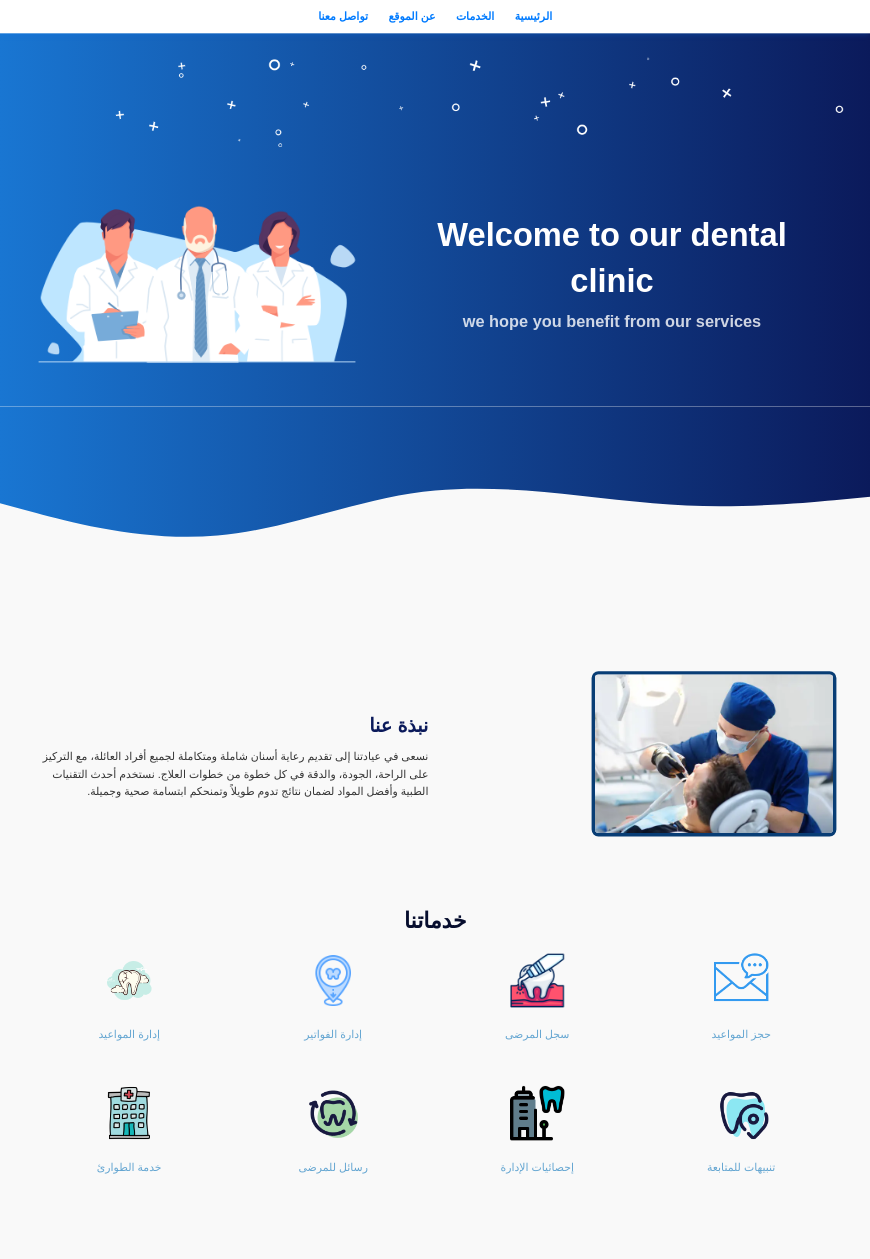
Repository: mysite4/s
Page: http://localhost/
These files come from the project's save history. The page is drawn as it stood at one moment and after the next save; the edit follows.
The browser window is 1280 px wide. The pictures show the whole page, at 68% of full size.
Some web fonts or font styles are not loaded; a fallback is used. The page is served by the project's application, run on Django 5.2 (manage.py). Other server files are loaded and not shown.

Above is the page before, as saved 2025-10-20 20:12:27.

### main/templates/home.html
{% load static %}
<!DOCTYPE html>
<html lang="ar" dir="rtl">
<head>
<meta charset="UTF-8">
<meta name="viewport" content="width=device-width, initial-scale=1.0">
<title>هيدر مثل Clindo</title>
<link href="https://fonts.googleapis.com/css2?family=Cairo:wght@200..1000&display=swap" rel="stylesheet">
<link rel="stylesheet" href="{% static 'css/style.css' %}">
</head>
<body>

<nav>
  <ul>
    <li><a href="#">الرئيسية</a></li>
    <li><a href="#">الخدمات</a></li>
    <li><a href="#">عن الموقع</a></li>
    <li><a href="#">تواصل معنا</a></li>
  </ul>
</nav>

<header>
  <div class="header-image">
    <img src="{% static 'image/44.png' %}" alt="صورة شفافة">
  </div>
  <div class="header-content">
    <div class="header-text">
      <h1>Welcome to our dental clinic</h1>
      <h3>we hope you benefit from our services</h3>
    </div>
    <div class="header-icon">
      <img src="{% static 'image/r.png.png' %}" alt="ريم">
    </div>
  </div>
</header>

<!-- موجة -->
<svg class="waves" xmlns="http://www.w3.org/2000/svg" viewBox="0 0 1440 320">
  <defs>
    <linearGradient id="waveGradient" x1="0%" y1="0%" x2="100%" y2="0%">
      <stop offset="0%" style="stop-color:#1976d2;stop-opacity:1" />
      <stop offset="100%" style="stop-color:#0b1a5b;stop-opacity:1"/>
    </linearGradient>
  </defs>
  <path fill="url(#waveGradient)" d="M0,160L60,176C120,192,240,224,360,213.3C480,203,600,149,720,138.7C840,128,960,149,1080,160C1200,171,1320,160,1380,154.7L1440,149L1440,0L0,0Z"></path>
</svg>

<main>
  <!-- قسم نبذة عنا -->
  <div class="about-section">
    <div class="about-image">
      <img src="{% static 'image/9.webp' %}" alt="صورة طبيب أسنان">
    </div>
    <div class="about-text">
      <h2>نبذة عنا</h2>
      <p>
        نسعى في عيادتنا إلى تقديم رعاية أسنان شاملة ومتكاملة لجميع أفراد العائلة، مع التركيز على الراحة، الجودة، والدقة في كل خطوة من خطوات العلاج.
        نستخدم أحدث التقنيات الطبية وأفضل المواد لضمان نتائج تدوم طويلاً وتمنحكم ابتسامة صحية وجميلة.
      </p>
    </div>
  </div>

  <!-- قسم خدماتنا -->
  <section class="services-section">
    <h2>خدماتنا</h2>
    <div class="services-container">
      <div class="service-item">
        <img src="{% static 'image/8.png' %}" alt="خدمة 1">
        <p>حجز المواعيد</p>
      </div>
      <div class="service-item">
        <img src="{% static 'image/7.png' %}" alt="خدمة 2">
        <p>سجل المرضى</p>
      </div>
      <div class="service-item">
        <img src="{% static 'image/2.png' %}" alt="خدمة 3">
        <p>إدارة الفواتير</p>
      </div>
      <div class="service-item">
        <img src="{% static 'image/4.png' %}" alt="خدمة 4">
        <p>إدارة المواعيد</p>
      </div>
      <div class="service-item">
        <img src="{% static 'image/6.png' %}" alt="خدمة 5">
        <p>تنبيهات للمتابعة</p>
      </div>
      <div class="service-item">
        <img src="{% static 'image/3.png' %}" alt="خدمة 6">
        <p>إحصائيات الإدارة</p>
      </div>
      <div class="service-item">
        <img src="{% static 'image/5.png' %}" alt="خدمة 7">
        <p>رسائل للمرضى</p>
      </div>
      <div class="service-item">
        <img src="{% static 'image/1.png' %}" alt="خدمة 8">
        <p>خدمة الطوارئ</p>
      </div>
    </div>
  </section>
</main>

</body>
</html>

### mysite/urls.py
"""
URL configuration for mysite project.

The `urlpatterns` list routes URLs to views. For more information please see:
    https://docs.djangoproject.com/en/5.2/topics/http/urls/
Examples:
Function views
    1. Add an import:  from my_app import views
    2. Add a URL to urlpatterns:  path('', views.home, name='home')
Class-based views
    1. Add an import:  from other_app.views import Home
    2. Add a URL to urlpatterns:  path('', Home.as_view(), name='home')
Including another URLconf
    1. Import the include() function: from django.urls import include, path
    2. Add a URL to urlpatterns:  path('blog/', include('blog.urls'))
"""
from django.contrib import admin
from django.urls import path, include

urlpatterns = [
    path('admin/', admin.site.urls),
    path('', include('main.urls')),
]

### main/static/css/style.css
/* إعدادات عامة */
html, body {
  margin: 0;
  padding: 0;
  width: 100%;
  font-family: 'Cairo', sans-serif;
  background-color: #f9f9f9;
}

/* Navbar */
nav {
  width: 100%;
  background-color: #ffffff;
  box-shadow: 0 4px 8px rgba(0, 123, 255, 0.2);
  position: fixed;
  top: 0;
  z-index: 1000;
}

nav ul {
  display: flex;
  justify-content: center;
  list-style: none;
  margin: 0;
  padding: 0 30px;
}

nav ul li {
  margin: 0 15px;
}

nav ul li a {
  text-decoration: none;
  color: #007bff;
  font-weight: 600;
  padding: 15px 0;
  display: inline-block;
  transition: color 0.3s, border-bottom 0.3s;
}

nav ul li a:hover {
  color: #0056b3;
  border-bottom: 3px solid #007bff;
}

/* صورة شفافة أسفل النافبار */
.header-image {
  width: 100%;
  margin-top: 60px; /* لتجنب تغطية النافبار */
}

.header-image img {
  width: 100%;
  height: auto;
  display: block;
}

/* Header */
header {
  position: relative;
  width: 100%;
  min-height: 200px; /* انخفاض طول الهيدر */
  overflow: hidden;
  background: linear-gradient(to left, #0b1a5b, #1976d2);
  display: flex;
  flex-direction: column;
  justify-content: center;
  align-items: center;
  padding: 20px 0 0 0;
}

/* محتوى الهيدر */
.header-content {
  display: flex;
  flex-direction: row;
  justify-content: space-between;
  align-items: center;
  width: 100%;
  max-width: 1200px;
  padding: 20px 50px;
  margin-top: 5px;
}

.header-text {
  color: white;
  max-width: 50%;
  text-align: center;
  line-height: 1.4;
  padding: 40px;
}

.header-text h1 {
  font-size: 48px;
  margin: 0;
}

.header-text h3 {
  font-size: 24px;
  margin-top: 10px;
  color: rgba(255,255,255,0.8);
}

.header-icon img {
  width: 500px;
  height: auto;
  border-radius: 15px;
}

/* قسم نبذة عنا */
.about-section {
  display: flex;
  flex-wrap: wrap;
  justify-content: space-between;
  align-items: center;
  max-width: 1200px;
  margin: 50px auto;
  gap: 20px;
}

.about-image, .about-text {
  flex: 1 1 45%;
}

.about-image img {
  width: 600px;
  max-width: 350px;
  height: auto;
  border-radius: 10px;
  border: 5px solid #083d75;
  margin: 0 auto;
}

.about-text {
  text-align: right;
}

.about-text h2 {
  font-size: 28px;
  margin-bottom: 15px;
  color: #0b1a5b;
}

.about-text p {
  font-size: 16px;
  line-height: 1.6;
  color: #333;
}

/* قسم خدماتنا */
.services-section {
  max-width: 1200px;
  margin: 100px auto 50px auto;
  text-align: center;
}

.services-section h2 {
  font-size: 32px;
  margin-bottom: 30px;
  color: #070e2e;
}

.services-container {
  display: flex;
  flex-wrap: wrap;
  justify-content: space-between;
  gap: 20px;
}

.service-item {
  flex: 1 1 22%; /* كل عمود يأخذ ربع المساحة تقريبا */
  text-align: center;
  margin-bottom: 30px;
}

.service-item img {
  width: 80px;
  height: 80px;
  margin-bottom: 10px;
}

.service-item p {
  font-size: 16px;
  color: #63a5d1;
}

/* محتوى الصفحة */
main {
  padding: 30px 50px;
  margin-top: 20px;
}

/* Media Queries */
@media (max-width: 992px) {
  .header-content {
    flex-direction: column;
    text-align: center;
    padding: 0 20px;
  }

  .header-text {
    max-width: 100%;
    margin-bottom: 20px;
    text-align: center;
  }

  .header-icon img {
    width: 80%;
  }

  nav ul {
    justify-content: center;
  }

  .service-item {
    flex: 1 1 45%; /* عمودين في الشاشات المتوسطة */
  }
}

@media (max-width: 600px) {
  .service-item {
    flex: 1 1 100%; /* عمود واحد في الشاشات الصغيرة */
  }

  .about-section {
    flex-direction: column;
    align-items: center;
  }

  .about-text {
    text-align: center;
  }

  .about-image img {
    max-width: 200px;
  }
}

Loaded but not shown: main/views.py (common file); main/urls.py (common file)

After the next save:
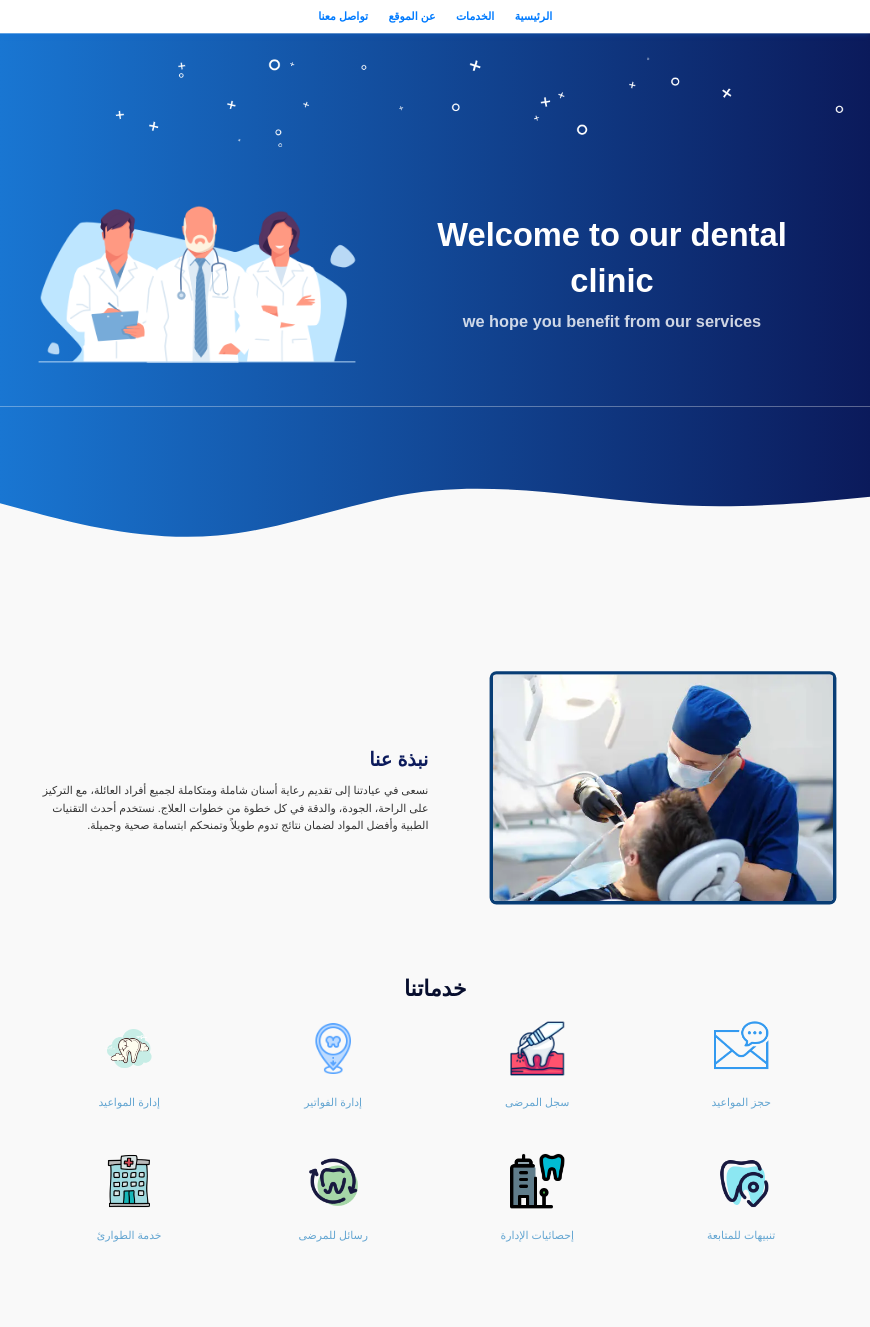
Saved 68 s later.
--- a/main/static/css/style.css
+++ b/main/static/css/style.css
@@ -122,13 +122,14 @@ header {
 }
 
 .about-image img {
-  width: 600px;
-  max-width: 350px;
+  width: 100%;
+  max-width: 500px; /* بدل 350px */
   height: auto;
   border-radius: 10px;
   border: 5px solid #083d75;
   margin: 0 auto;
 }
+
 
 .about-text {
   text-align: right;
